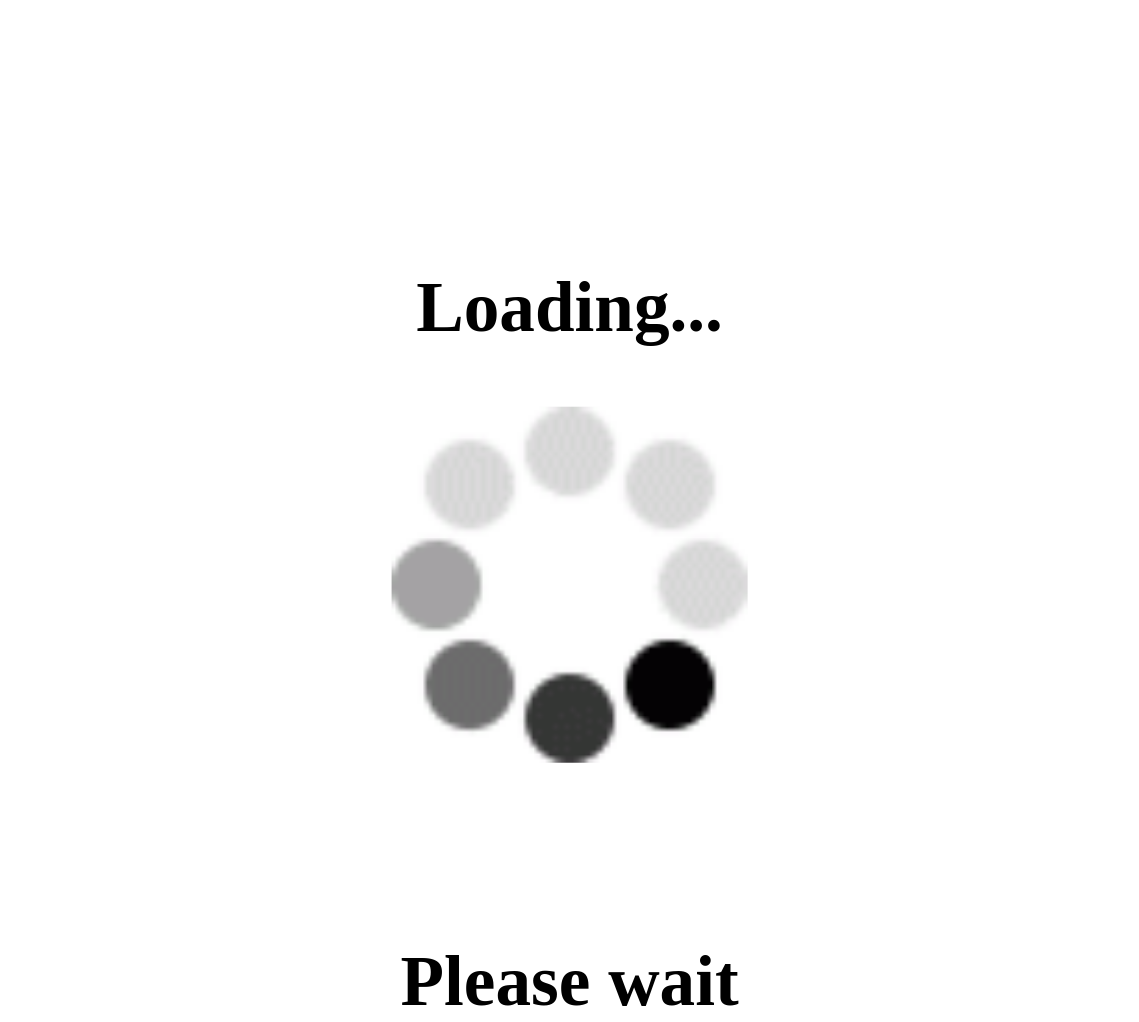
Repository: KittichoteKamalapirat/EMS-management-system
Page: loading.html
The author's editor kept a record of every edit. The page is drawn from the files as they stood at one moment, then again after the next edit.
The browser window is 1280 px wide. The pictures show the whole page, at 89% of full size.

Above is the page before.

After the next edit:
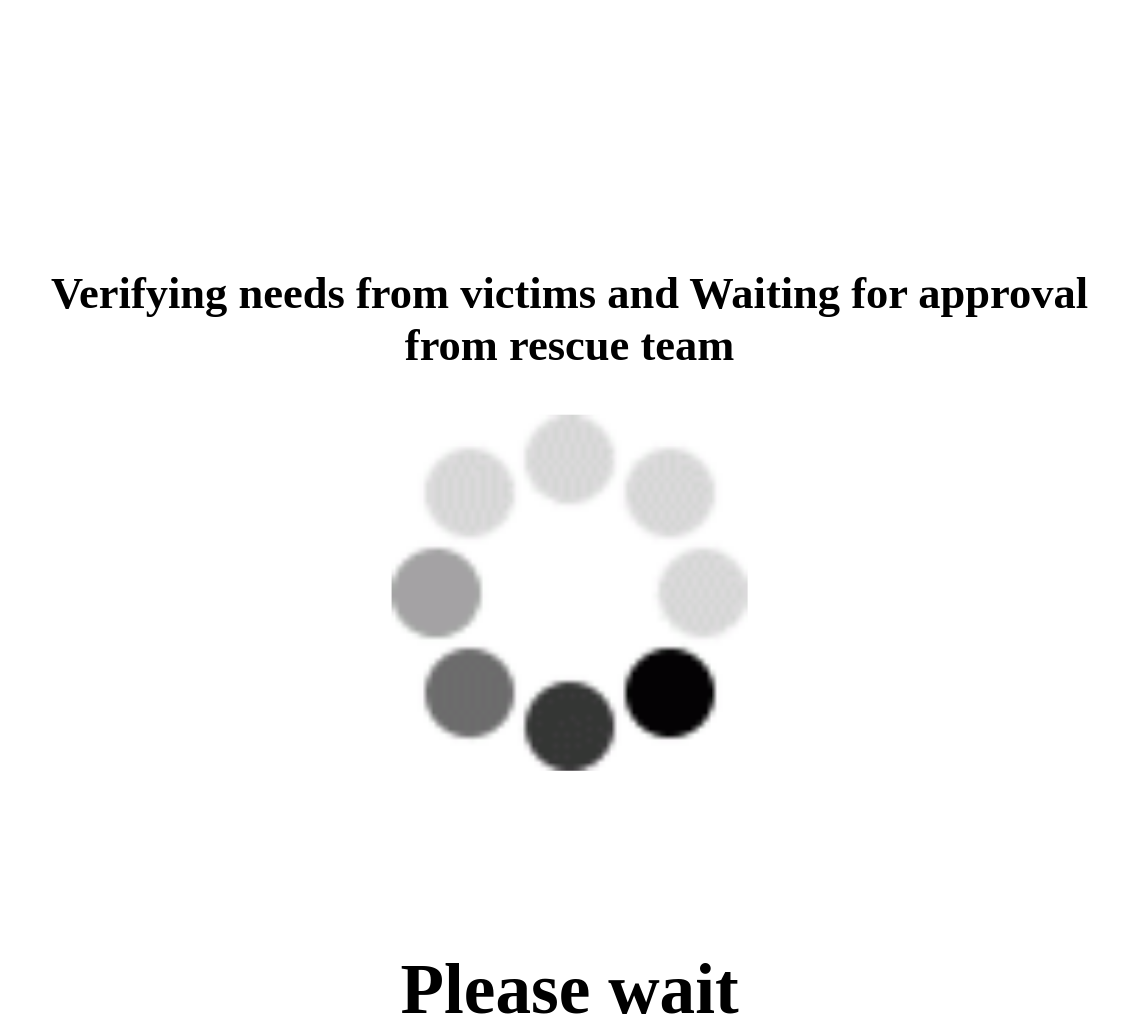
The edit:
--- a/loading.html
+++ b/loading.html
@@ -4,7 +4,7 @@
 
 
 <div class="container">
-<h2 class = "loading">Loading...</h2>
+<h3 class = "loading">Verifying needs from victims and Waiting for approval from rescue team</h3>
 <a href="/approve">
     <img id="loading" src="/images/loading.gif"></img>
     </a>
